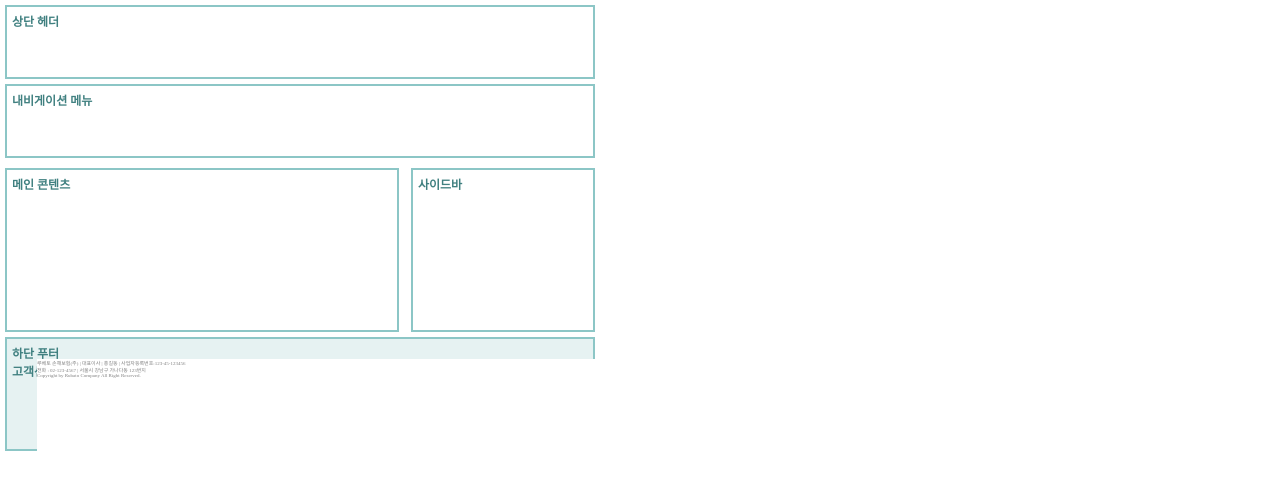
Repository: yeonddu/green_css
Page: web/pro01/songyeonsu/songyeonsu_3.html
The author's editor kept a copy of each file at every save. The page is drawn from the files as they stood at one save, then again after the next save.
The browser window is 1280 px wide. The pictures show the whole page.

Above is the page before, as saved 2022-12-14 05:47:04.

After the next save:
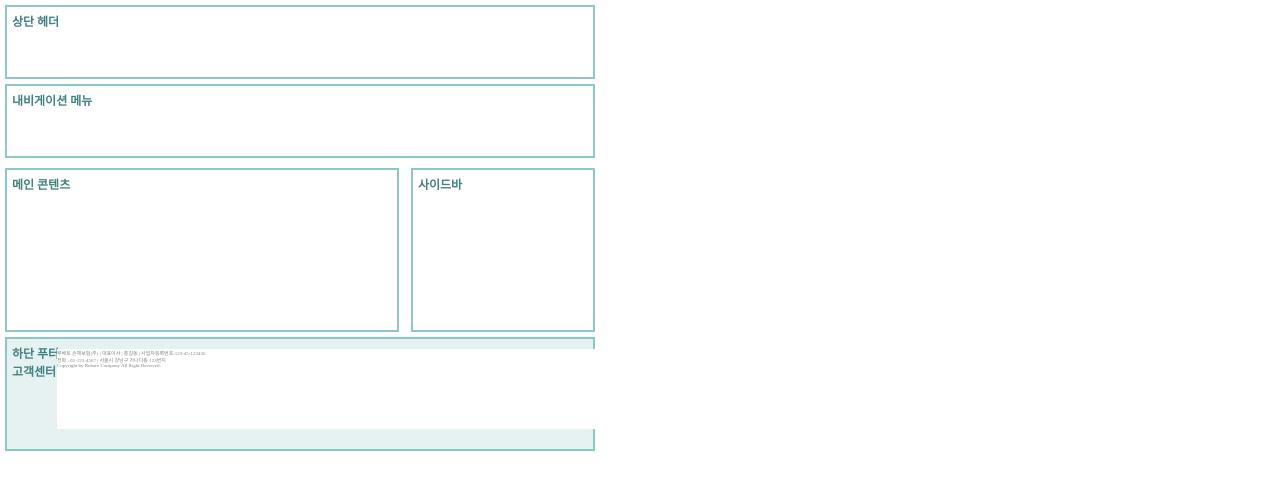
Saved 9 s later.
--- a/web/pro01/songyeonsu/songyeonsu_3.html
+++ b/web/pro01/songyeonsu/songyeonsu_3.html
@@ -48,10 +48,10 @@
 	#address {
 
 		position:absolute;
-		top:20px;
-		left:30px;
+		top:10px;
+		left:50px;
 		width:600px;
-		height:100px;
+		height:80px;
 		background:white;
 		font-size:5px;
 		font-weight:normal;
